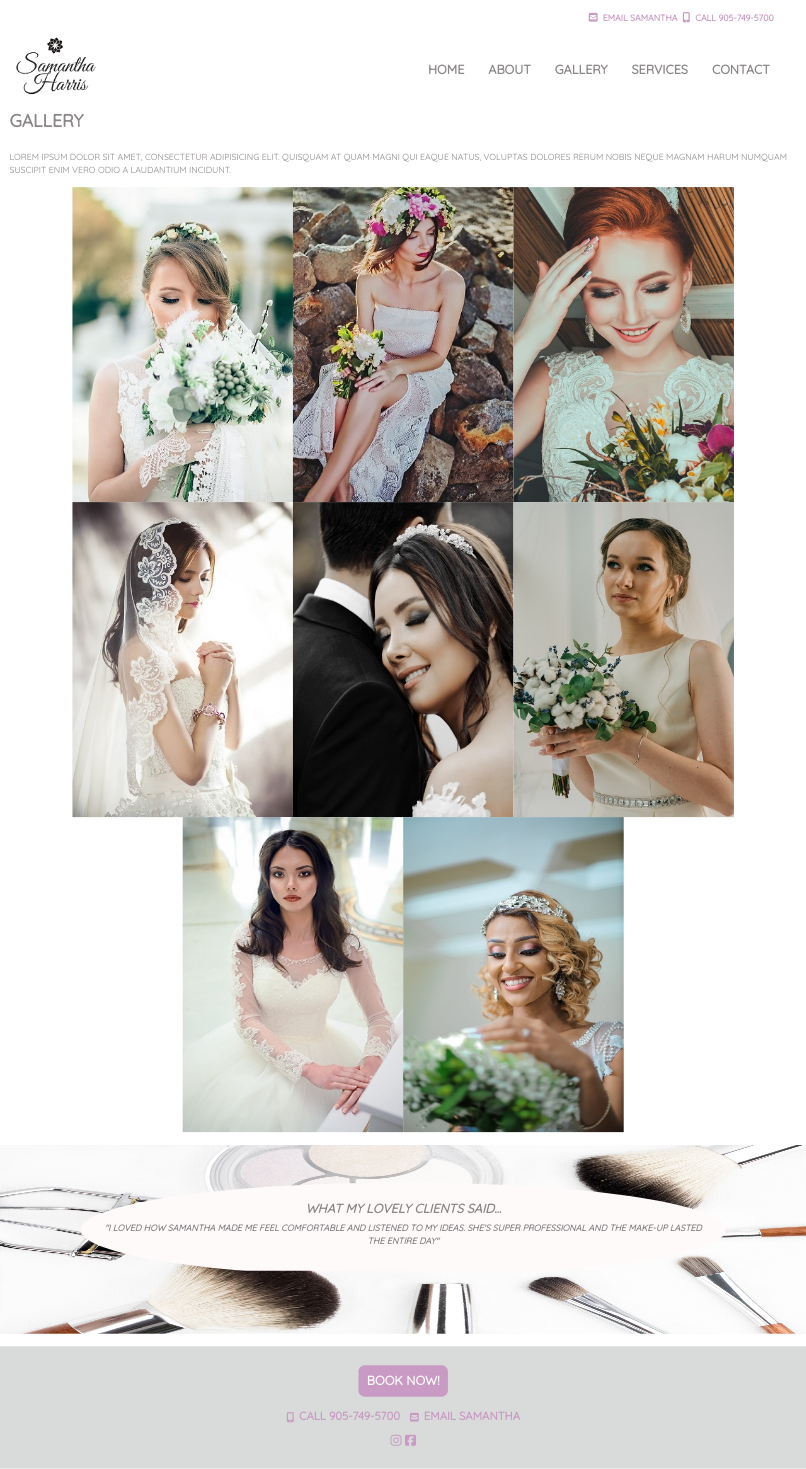
Repository: JayneyNix/milestone-1-UCFD
Page: gallery.html
The author's editor kept a record of every edit. The page is drawn from the files as they stood at one moment, then again after the next edit.
The browser window is 1280 px wide. The pictures show the whole page, at 63% of full size.
Some web libraries are served in a nearby version.

Above is the page before.

### gallery.html
<!DOCTYPE html>
<html lang="en">

<head>
    <meta charset="UTF-8">
    <meta name="viewport" content="width=device-width, initial-scale=1.0">
    <meta http-equiv="X-UA-Compatible" content="ie=edge">
    <title>Professional Make-up Artistry | Samantha Harris</title>
    <script src="https://code.jquery.com/jquery-3.3.1.slim.min.js" integrity="sha384-q8i/X+965DzO0rT7abK41JStQIAqVgRVzpbzo5smXKp4YfRvH+8abtTE1Pi6jizo" crossorigin="anonymous"></script>
    <link href="https://stackpath.bootstrapcdn.com/bootstrap/4.3.1/css/bootstrap.min.css" rel="stylesheet" integrity="sha384-ggOyR0iXCbMQv3Xipma34MD+dH/1fQ784/j6cY/iJTQUOhcWr7x9JvoRxT2MZw1T" crossorigin="anonymous" type="text/css">
    <link rel="stylesheet" href="https://cdnjs.cloudflare.com/ajax/libs/hover.css/2.3.1/css/hover-min.css" type="text/css">
    <link rel="stylesheet" href="https://fonts.googleapis.com/css?family=Quicksand">
    <script src="https://kit.fontawesome.com/26094534a3.js" crossorigin="anonymous"></script>
    <link rel="stylesheet" href="Assets/style.css" class="text/css">
</head>

<body>
       <!--Navigation-->


    <div class="fixed-header d-flex flex-row-reverse mt-2 pr-5 align-items-center">
        <div class="p-1 call-text mt-2">
            <a class="call-header" href="tel:905-749-5700" target="-blank">
                <h5 class="h5 headings"><span class="number">Call 905-749-5700</span></h5>
            </a>
        </div>
        <div class="p-1 call-icon"><a class="call-header" href="tel:905-749-5700" target="-blank"><i class="fas fa-mobile-alt" aria-hidden="true"></i></a>
        </div>
        <div class="p-1 email-text mt-2">
            <a class="email-header" href="mailto:bookings@samanthaharris.ca" target="-blank">
                <span class="call"><h5 class="h5 headings">Email Samantha</h5></span>
            </a>
        </div>
        <div class="p-1 email-icon"><a class="email-header" href="mailto:bookings@samanthaharris.ca" target="-blank"><i class="fas fa-envelope-square" aria-hidden="true"></i></a>
        </div>
    </div>


<div class="container-fluid nav-container no-padding" role="navigation">
        <nav class="navbar navbar-light navbar-expand-lg">

            <a class="navbar-brand" href="index.html">
                <img src="Assets/logo.png" class="d-inline-block align-top"
      alt="samantha-harris-logo"/>
      </a>

            <button class="navbar-toggler ml-auto" type="button" data-toggle="collapse" data-target="#navbarNavDropdown" aria-controls="navbarNavDropdown" aria-expanded="false" aria-label="Toggle navigation">
          <span class="navbar-toggler-icon"></span>
      </button>
            <div class="collapse navbar-collapse" id="navbarNavDropdown">
                <ul class="navbar-nav navbar-default ml-auto">
                    <li class="nav-item">
                        <a class="nav-link active" href="index.html">Home</a>
                    </li>
                    <li class="nav-item">
                        <a class="nav-link" href="about.html">About</a>
                    </li>
                    <li class="nav-item">
                        <a class="nav-link" href="gallery.html">Gallery</a>
                    </li>
                    <li class="nav-item">
                        <a class="nav-link" href="services.html">Services</a>
                    </li>
                    <li class="nav-item last">
                        <a class="nav-link" href="contact.html">Contact</a>
                    </li>
                </ul><br>
            </div>
        </nav>
    </div>



    <!--Navigation-->


    <!--Introduction-->

    <div class="container-fluid no-padding">
       <div class="row no-gutters">
            <div id="gallery-intro" class="col-sm-12 col-md-12-offset-3">
                <h1 class="h1 headings">Gallery</h1><br>
                <p class="p headings">Lorem ipsum dolor sit amet, consectetur adipisicing elit. Quisquam at quam magni qui eaque natus, voluptas dolores rerum nobis neque magnam harum numquam suscipit enim vero odio a laudantium incidunt.</p>
            </div>
        </div>
    </div>

    <!--Introduction-->


    <!--Gallery Grid-->

    <div class="container-fluid gallery-container">
        <div class="row d-flex justify-content-center align-items-center">
            <div class="gallery-item">
                <img class="gallery-image img-responsive center-mobile" src="Assets/Bride-eyes-closed-with-flowers.jpg" alt="bride" />
            </div>
            <div class="gallery-item">
                <img class="gallery-image" src="Assets/bride-sitting-on-rocks.jpg" alt="bride" />
            </div>

            <div class="gallery-item">
                <img class="gallery-image" src="Assets/smiling-bride-touching-forehead.jpg" alt="bride" />
            </div>
            <div class="gallery-item">
                <img class="gallery-image" src="Assets/beautiful-bride-dress.jpg" alt="bride" />
            </div>
            <div class="gallery-item">
                <img class="gallery-image" src="Assets/bride-bridegroom.jpg" alt="bride" />
            </div>
            <div class="gallery-item">
                <img class="gallery-image" src="Assets/bride-natural-make-up.jpg" alt="bride" />
            </div>
            <div class="gallery-item">
                <img class="gallery-image" src="Assets/beautiful-bride-sultry-makeup.jpg" alt="bride" />
            </div>

            <div class="gallery-item">
                <img class="gallery-image" src="Assets/bride-natural.jpg" alt="bride" />
            </div>
            <div class="gallery-item d-md-none">
                <img class="gallery-image" src="Assets/bride-groom.jpg" alt="bride" />
            </div>
        </div>
    </div>

    <!--Gallery Grid-->

    <!--Testimonials-->

    <div id="testimonial-carousel" class="carousel slide d-none d-md-block" data-ride="carousel">
        <div class="carousel-inner">
            <div class="carousel-item active">
                <img class="carousel-image d-block w-100" src="Assets/cosmetic-brushes.png" alt="Slide-One">
                <div class="carousel-caption d-none d-md-block height-auto">
                    <div class="box">
                        <h2 class="h2 headings carousel-heading align-items-center justify-content-center">What My Lovely Clients Said...</h2>
                            <p class="p headings carousel-text">"Sam was awesome from the moment I met her I knew I didn't want anyone else to do my make-up! I felt so confident and beautiful but still like me"
                            </p>
                    </div>
                </div>
            </div>

            <div class="carousel-item">
                <img class="carousel-image d-block w-100" src="Assets/cosmetic-brushes.png" alt="Slide-One">
                <div class="carousel-caption d-none d-md-block">
                    <div class="box">
                        <h2 class="h2 headings carousel-heading align-items-center justify-content-center">What My Lovely Clients Said...</h2>
                            <p class="p headings carousel-text">"I loved how Samantha made me feel comfortable and listened to my ideas. She's super professional and the make-up lasted the entire day"
                            </p>
                    </div>
                </div>
            </div>
            <div class="carousel-item">
                <img class="carousel-image d-block w-100" src="Assets/cosmetic-brushes.png" alt="Slide-One">
                <div class="carousel-caption d-none d-md-block">
                    <div class="box">
                        <h2 class="h2 headings carousel-heading align-items-center justify-content-center">What My Lovely Clients Said...</h2>
                            <p class="p headings carousel-text">"I was looking for someone who uses natural products and the latest techniques and Samantha was knowledgeable, experienced and wasn't flustered with our party of 7!"
                            </p>
                    </div>
                </div>
            </div>
        </div>
    </div>

    <!--Testimonials-->

    <!--Footer-->

    <footer class="container-fluid footer-container no-padding">

        <div id="footer" class="row">
            <div class="col-sm-12">
                <div class="action">
                    <btn class="footer-button">
                        <a class="contact-link" href="contact.html">
                            <h2 class="h2 headings footer-items">BOOK NOW!</h2>
                        </a>
                    </btn>
                </div>

                <div class="d-flex flex-row justify-content-center mt-3">

                    <div class="p-1 call-icon"><a class="call-header" href="tel:905-749-5700" target="-blank"><i class="fas fa-mobile-alt" aria-hidden="true"></i></a>
                    </div>
                    <div class="p-1 call-text mr-2">
                        <a class="call-contact" href="tel:905-749-5700" target="-blank">
                            <h3 class="h3 headings">Call 905-749-5700</h3>
                        </a>
                    </div>
                    <div class="p-1 email icon"><a class="email-header" href="mailto:bookings@samanthaharris.ca" target="-blank"><i class="fas fa-envelope-square" aria-hidden="true"></i></a>
                    </div>
                    <div class="p-1 email-text">
                        <a class="email-contact" href="mailto:bookings@samanthaharris.ca" target="-blank">
                            <h3 class="h3 headings">Email Samantha</h3>
                        </a>
                    </div>
                </div>

                <div class="col-sm-12">
                    <div class="social"></div>
                    <a class="insta" href="https://www.instagram.com" target="-blank"><i class="fab fa-instagram" aria-hidden="true"></i>
                    </a>
                    <a class="facebook" href="https://www.facebook.com" target="-blank"><i class="fab fa-facebook-square" aria-hidden="true"></i></a>
                </div>
            </div>
        </div>
    </footer>

    <!--Footer-->
<script src="https://cdnjs.cloudflare.com/ajax/libs/jquery/3.4.1/jquery.slim.min.js"></script>
<script src="https://cdnjs.cloudflare.com/ajax/libs/popper.js/1.15.0/umd/popper.min.js"></script>
<script src="https://cdnjs.cloudflare.com/ajax/libs/twitter-bootstrap/4.3.1/js/bootstrap.min.js"></script>
</body>

</html>

### Assets/style.css
/*Typography*/

.headings {

    font-family: Quicksand, sans-serif;
    text-transform: uppercase;
    font-weight: bold;
}

.h1 {
    font-size: 28px;
    color: #8a8689;
    font-weight: bold;
}

.h2 {
    font-size: 20px;
    font-weight: bold;
}

.h3 {
    font-size: 18px;
    color: #8a8689;
}

.h4 {
    font-size: 16px;
}

.h5 {
    font-size: 14px;
    color: #8a8689;
}

.p {
    font-size: 14px;
    color: #8a8689;
    font-weight: normal;
}

/*Typography*/


/*Contact Header*/

.p-1 .email-header {
    color: #c99bc4;
    text-decoration: none;
}

.p-1 .call-header {
    color: #c99bc4;
    text-decoration: none;
}

.p-1 .email-header:hover {
    color: #8a8689;
}

.p-1 .call-header:hover {
    color: #8a8689;
}

.p-1 .h5 {
    color: #c99bc4;
}

.p-1 .h5:hover {
    color: #8a8689;
}

/*Contact Header*/


/*--Navigation--*/

.nav-container {
    padding-right: 20px;
    padding-left: 0;
}

.navbar {
    background-color: #fff;
    padding: 0;
}

.navbar-brand {
    padding-left: 20px;
    padding-bottom: 20px;
    background-size: cover;
    width: 150;
    height: 150;
}

.navbar-nav {
    padding-right: 30px;
}

.nav-item {
    padding: 20;
}

.nav-link {
    font-family: "Quicksand", sans-serif;
    font-size: 20px;
    font-weight: bold;
    text-decoration: none;
    text-transform: uppercase;
    color: #8a8689!important;
    vertical-align: middle;
    padding-left: 30px!important;
}

.nav-link:hover {
    color: #c99bc4!important;
    transform: scale(1.25);
    transition: ease-in-out;
    transition-duration: 0.3s;
}

.navbar-light .navbar-toggler {
    padding-right: 30px;
    border: 0;
    font-weight: bold;
}

  .navbar-toggler:focus, .navbar-toggler:active {
    outline: none;
    box-shadow: none;
    color: #c99bc4;
  }

@media (max-width: 992px) {
    #navbarNavDropdown {
        text-align: center;
    }
}

/*--Navigation--*/


/*--Footer*/

.container-fluid .footer-container {
    display: inline-block;
    font-size: 0;
}

#footer {
    background-color: #d9dbda;
    text-align: center;
    padding-top: 30px;
    padding-bottom: 30px;
}

.footer-button {
    position: relative;
    display: inline-block;
    font-family: "Quicksand", sans-serif;
    font-size: 20px;
    font-weight: bolder;
    text-transform: uppercase;
    vertical-align: middle;
    border: 3px solid #c99bc4;
    border-radius: 10px;
    padding: 10px;
    text-align: center;
    background-color: #c99bc4;
}

.footer-button .contact-link {
    text-decoration: none;
}

.footer-items {
    color: #fffafa;
    font-weight: bold;
    vertical-align: middle;
    margin: 0;
}

.footer-items:hover {
    color: #8a8689;
    transform: scale(1.1);
    transition: ease-in-out;
    transition-duration: 0.5s;
}

.call-contact .h3 {
    color: #c99bc4;
    text-decoration: none;
}

.a .call-contact {
    text-decoration: none;
}

.email-contact .h3 {
    color: #c99bc4;
    text-decoration: none;
}

.a .email-contact {
    text-decoration: none;
}

.call-contact .h3:hover {
    color: #8a8689;
}

.email-contact .h3:hover {
    color: #8a8689;
}

.insta {
    color: #c99bc4;
    font-size: 20px;
}

.facebook {
    color: #c99bc4;
    font-size: 20px;
}

.insta:hover {
    color: #8a8689;
    text-decoration: none;
}

.facebook:hover {
    color: #8a8689;
    text-decoration: none;
}

/*--Footer*/


/*--Homepage Section 1 - Banner & Intro*/

.home-main-banner {
    max-width: 100%;
    height: 100%;
    padding: 0px 0px 20px;
    margin: 0;
    font-size: 0;
}

#home-main-intro {
    padding: 0;
    margin: 0;
}

.intro-section {
    padding: 0;
    width: 80%;
}

/*--End Homepage Section 1 - Banner & Intro*/


/*--Homepage Section 2 - Testimonials*/

#testimonial-carousel {
    display: block;
    padding: 0;
    font-size: 0;
    margin-bottom: 20px;
    height: 300px;
}

.carousel-image {
    height: 300px;
}

.carousel-caption {
    position: absolute;
    left: 50%;
    top: 40%;
    transform: translate(-50%, -50%);
    overflow: hidden;
    width: 80%;
}

.carousel-heading {
    color: #8a8689;
    font-style: italic;
    font-weight: bolder;
}

.carousel-text {
    font-style: italic;
    font-weight: bolder;
}

.box {
    border: 0px transparent;
    border-radius: 50%;
    background-color: #fffafa;
    padding: 30px;
}

/*--End Homepage Section 2 - Testimonials*/


/*--Gallery--*/

.gallery-container {
    padding-bottom: 20px;
}

/*--End Gallery--*/


/*--Contact Page Form--*/

.contact-main-banner {
    max-width: 100%;
    padding: 0px 0px 20px;
    margin: 0;
    font-size: 0;
}

.contact-image {
    height: 420px;
}

.contact-intro {
    padding: 0;
    margin: 0;
}

.contact-container {
    width: 100%;
    padding-bottom: 20px;
    margin: 20px 0px;
    padding-left: 0;
    padding-right: 0;
    vertical-align: middle;
    background-color: #fffafa;
}

.row-top {
    padding-top: 40px;
}

.row-second-section  {
    padding-top: 20px;
}

.row-bottom {
    padding-top:20px;
}

.send-btn {
    vertical-align: middle;
    border: 3px solid #c99bc4;
    border-radius: 10px;
    padding: 10px;
    text-align: center;
    background-color: #c99bc4;
    color: #fffafa;
    font-weight: bolder;
}

.send-btn:hover {
    color: #8a8689;
    transform: scale(1.1);
    transition: ease-in-out;
    transition-duration: 0.5s;
}

.form-control::placeholder {
    font-family: Quicksand, 'sans-serif';
    font-size: 14px;
    font-style: italic;
    font-weight: bold;
    text-transform: uppercase;
    color:#8a8689;
}

::-webkit-datetime-edit-text {
    color: #8a8689;
    padding: 0 0.3em;
    text-transform: uppercase;
    font-family: Quicksand, 'sans-serif';
    font-size: 14px;
    font-style: italic;
    font-weight: bold;
    }

/*--End contact page form--*/

After the next edit:
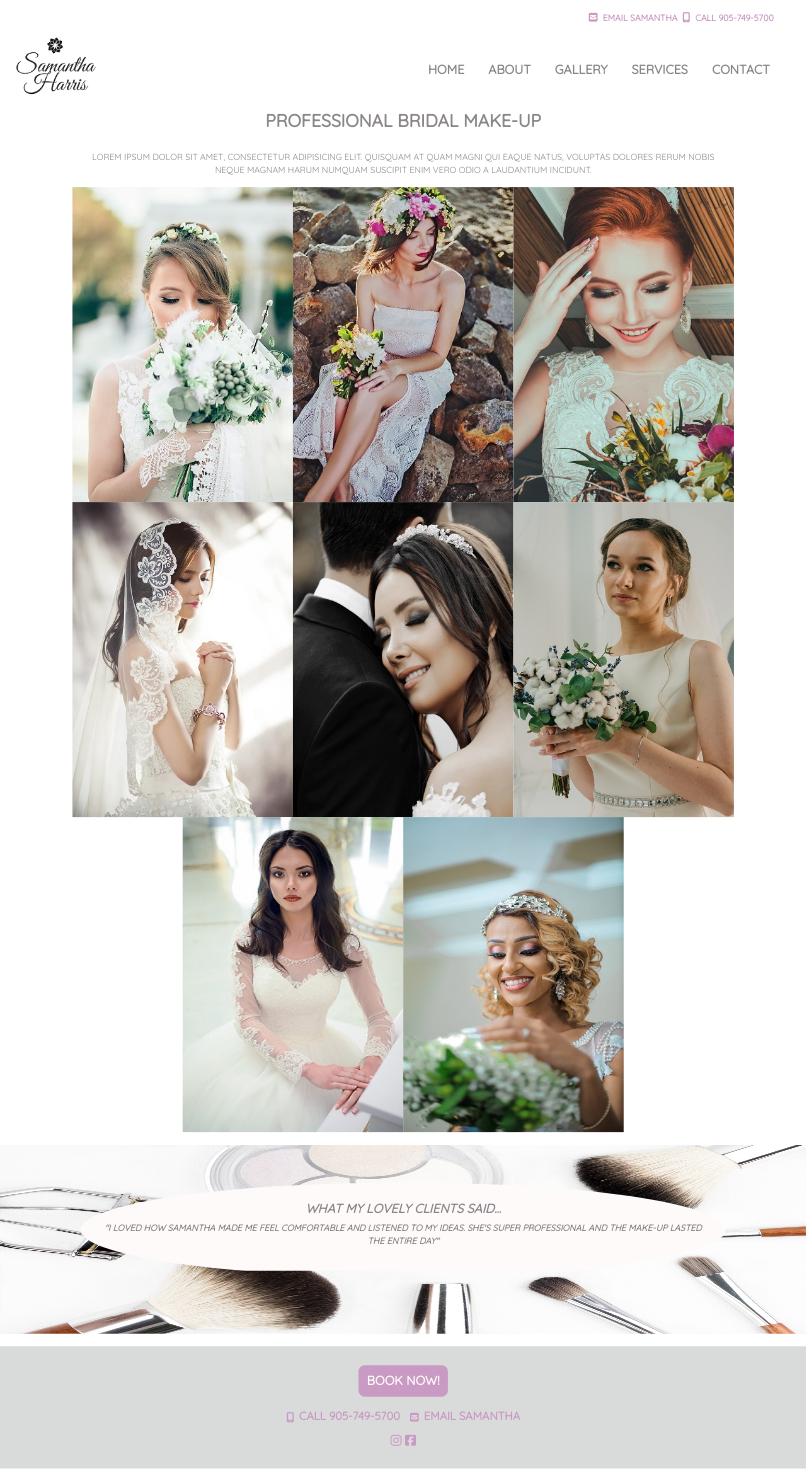
The edit:
--- a/gallery.html
+++ b/gallery.html
@@ -76,10 +76,10 @@
 
     <!--Introduction-->
 
-    <div class="container-fluid no-padding">
-       <div class="row no-gutters">
-            <div id="gallery-intro" class="col-sm-12 col-md-12-offset-3">
-                <h1 class="h1 headings">Gallery</h1><br>
+   <div class="container-fluid intro-section no-padding text-center">
+        <div class="row no-gutters">
+            <div class="col-sm-12 col-md-12-offset-3">
+                <h1 class="h1 headings">Professional Bridal Make-Up</h1><br>
                 <p class="p headings">Lorem ipsum dolor sit amet, consectetur adipisicing elit. Quisquam at quam magni qui eaque natus, voluptas dolores rerum nobis neque magnam harum numquam suscipit enim vero odio a laudantium incidunt.</p>
             </div>
         </div>
